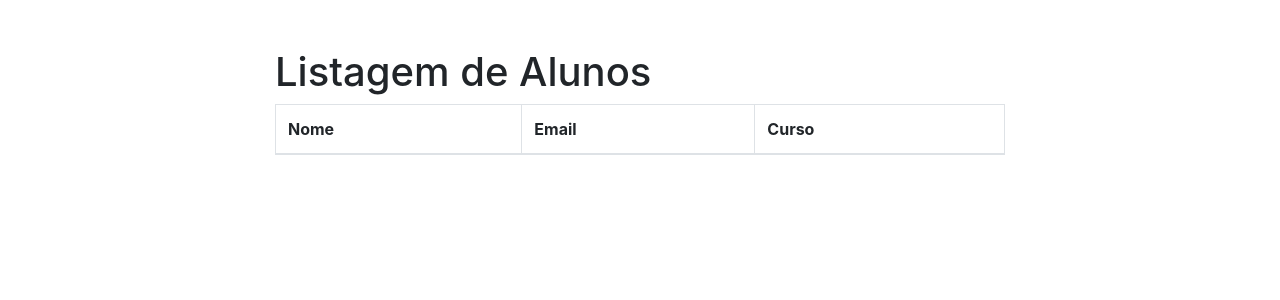
Repository: IrisRPerrorni/APIFullstackGerenciamentoEscolar
Page: Front/pagina_professor.html
The author's editor kept a copy of each file at every save. The page is drawn from the files as they stood at one save, then again after a run of saves.
The browser window is 1280 px wide. The pictures show the whole page.
The page's requests for data from a server got no answer. Some web libraries are served in a nearby version.

Above is the page before, as saved 2023-09-26 11:28:37.

### Front/pagina_professor.html
<!DOCTYPE html>
<html lang="en">
<head>
    <meta charset="UTF-8">
    <meta name="viewport" content="width=device-width, initial-scale=1.0">
    <title>Listagem de Alunos</title>
    <link href="https://maxcdn.bootstrapcdn.com/bootstrap/4.5.2/css/bootstrap.min.css" rel="stylesheet">
</head>
<body>

<div class="container mt-5">
    <div class="row justify-content-center">
        <div class="col-md-8">
            <h1>Listagem de Alunos</h1>
            <table class="table table-bordered table-striped">
                <thead>
                    <tr>
                        <th>Nome</th>
                        <th>Email</th>
                        <th>Curso</th>
                    </tr>
                </thead>
                <tbody id="alunosTable">
                </tbody>
            </table>
        </div>
    </div>
</div>

<script src="https://code.jquery.com/jquery-3.5.1.slim.min.js"></script>
<script src="https://cdn.jsdelivr.net/npm/@popperjs/core@2.5.3/dist/umd/popper.min.js"></script>
<script src="https://maxcdn.bootstrapcdn.com/bootstrap/4.5.2/js/bootstrap.min.js"></script>

<script>


    fetch('http://localhost:8080/alunos')
        .then(response => response.json())
        .then(async data => {
            const alunosTable = document.getElementById('alunosTable');
            for (const aluno of data) {
                const row = document.createElement('tr');
                const alunoNome = aluno.nome;
                const alunoEmail = aluno.email;
                const alunoCurso= aluno.nome_curso;

                row.innerHTML = `
                    <td>${alunoNome}</td>
                    <td>${alunoEmail}</td>
                    <td>${alunoCurso}</td>
                `;
                alunosTable.appendChild(row);
            }
        })
        .catch(error => {
            console.error('Erro ao buscar dados da API:', error);
        });
</script>

</body>
</html>

After the next 2 saves:
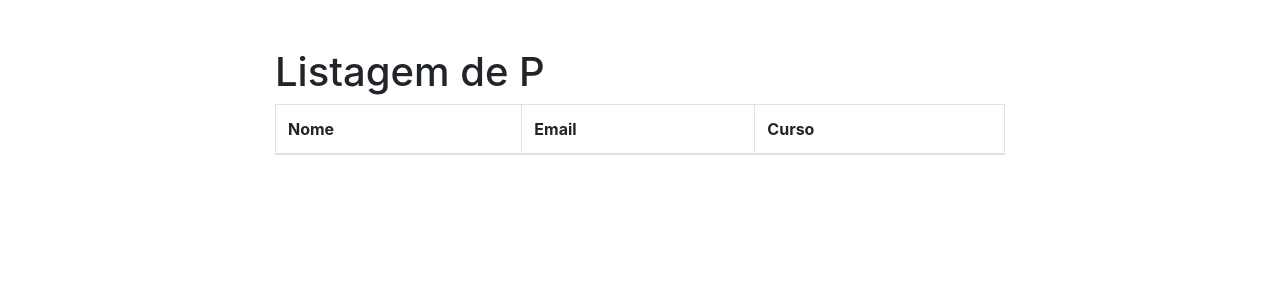
The 2 saves are shown as one change because they came seconds apart.
The last was saved 10 s later.
--- a/Front/pagina_professor.html
+++ b/Front/pagina_professor.html
@@ -11,7 +11,7 @@
 <div class="container mt-5">
     <div class="row justify-content-center">
         <div class="col-md-8">
-            <h1>Listagem de Alunos</h1>
+            <h1>Listagem de P</h1>
             <table class="table table-bordered table-striped">
                 <thead>
                     <tr>
